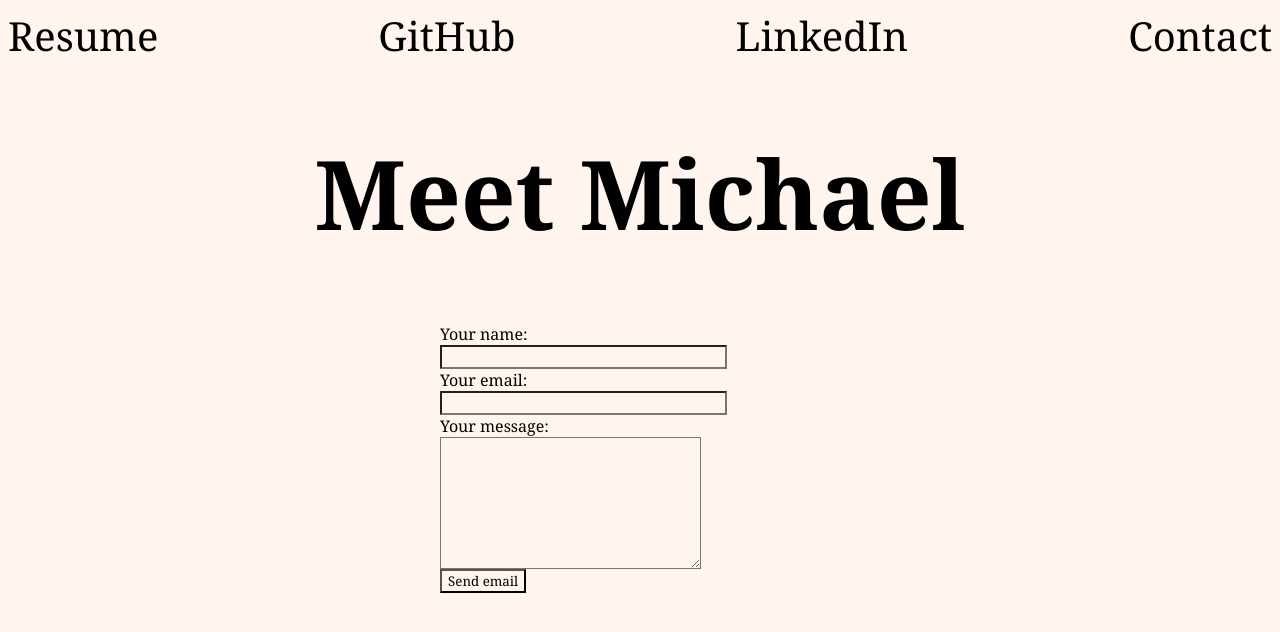
Repository: strandedonthird/strandedonthird.github.io
Page: HTML/contact.html
These files come from the project's save history. The page is drawn as it stood at one moment and after the next save; the edit follows.
The browser window is 1280 px wide. The pictures show the whole page.

Above is the page before, as saved 2022-05-09 19:32:17.

### HTML/contact.html
<html lang="en">
<head>
    <meta charset="UTF-8">
    <meta http-equiv="X-UA-Compatible" content="IE=edge">
    <meta name="viewport" content="width=device-width, initial-scale=1.0">
    <title>Welcome to Michael Barrett's Portfolio</title>
    <link rel="stylesheet" type="text/css" href="../CSS/index.css">
</head>
<header class="container">
        <nav class="container-item"><a href="../resume.html">Resume</a></nav>
        <nav class="container-item"><a href="https://www.github.com/strandedonthird/">GitHub</a></nav>
        <nav class="container-item"><a href="https://www.linkedin.com/in/michael-barrett/">LinkedIn</a></nav>
        <nav class="container-item"><a href="../">Contact</a></nav>
</header>
<h1><a href="./index.html">Meet Michael</a></h1>
<!-- Following Link Found at https://www.123formbuilder.com/html-contact-form/ -->
<div id="after_submit"></div>
<form id="contact_form" action="#" method="POST" enctype="multipart/form-data">
  <div class="row">
    <label class="required" for="name">Your name:</label><br />
    <input id="name" class="input" name="name" type="text" value="" size="30" /><br />
    <span id="name_validation" class="error_message"></span>
  </div>
  <div class="row">
    <label class="required" for="email">Your email:</label><br />
    <input id="email" class="input" name="email" type="text" value="" size="30" /><br />
    <span id="email_validation" class="error_message"></span>
  </div>
  <div class="row">
    <label class="required" for="message">Your message:</label><br />
    <textarea id="message" class="input" name="message" rows="7" cols="30"></textarea><br />
    <span id="message_validation" class="error_message"></span>
  </div>

    <input id="submit_button" type="submit" value="Send email" />
</form>
</html>

### CSS/index.css
* {
    background-color:seashell;
    font-family: Cambria, Cochin, Georgia, Times, 'Times New Roman', serif;
    font-style: normal;
}

headernav {
  text-align: center;
}

.container {
  display: flex;
  text-align: center;
  font-size: 2.5em;
  justify-content: space-between;
}

a {
  color: black;
  text-decoration: none;
  text-align: center;
}

.container-item {
  background: seashell;
  text-align: center;
  display: inline;
  text-decoration: none;
}

h1 {
  font-size: 6em;
  text-align: center;
  font-family: Cambria, Cochin, Georgia, Times, 'Times New Roman', serif;
}

p {
  font-size: 1.25em;
}

.my-photo {
  width: auto;
  height: 300px;
  border-style: ridge;
  border-radius: 50px;
  object-position: center;
  margin: 25px;
  }

img {
  width: 600px;
  height: 800px;
}

.center {
  display: block;
  margin-left: auto;
  margin-right: auto;
}

#contact_form {
  display: block;
  float: right;
  width: 50%;
  margin-right: 200px;
}

h2 {
  margin-left: 15%;
  font-size: 3em;
}

h2+a {
  margin-left: 15%;
  font-weight: bold;
  font-size: 2em;
  text-decoration: underline;
}

After the next save:
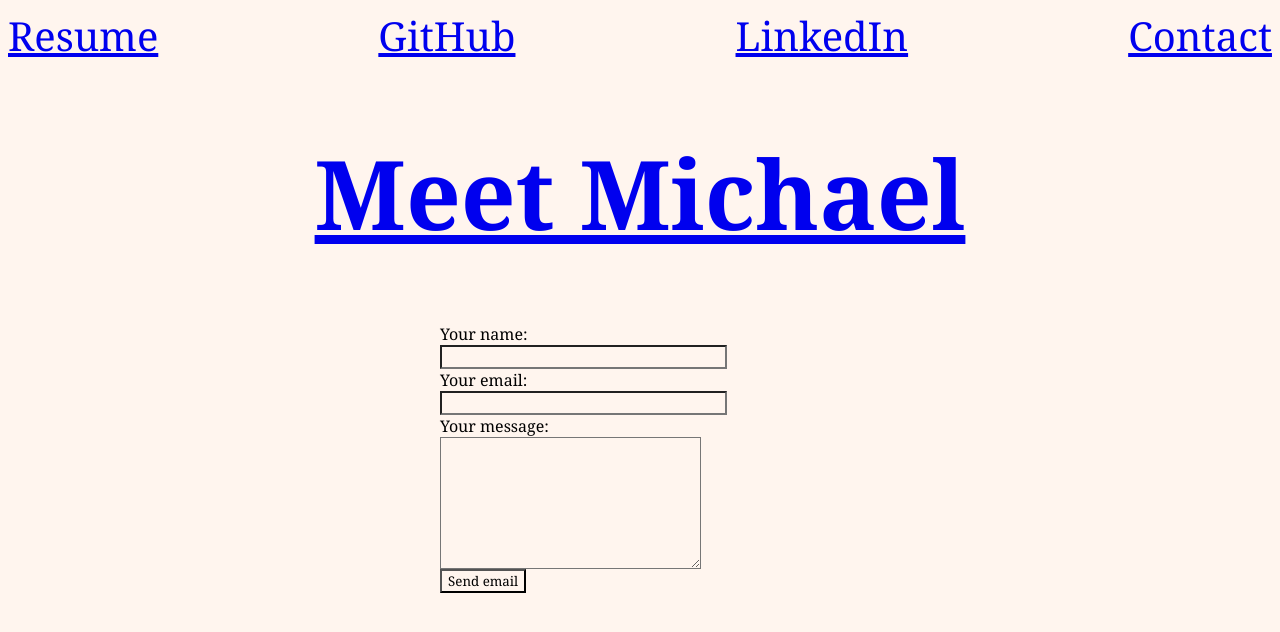
Saved 6 min 6 s later.
--- a/CSS/index.css
+++ b/CSS/index.css
@@ -13,12 +13,6 @@
   text-align: center;
   font-size: 2.5em;
   justify-content: space-between;
-}
-
-a {
-  color: black;
-  text-decoration: none;
-  text-align: center;
 }
 
 .container-item {

After the save that followed:
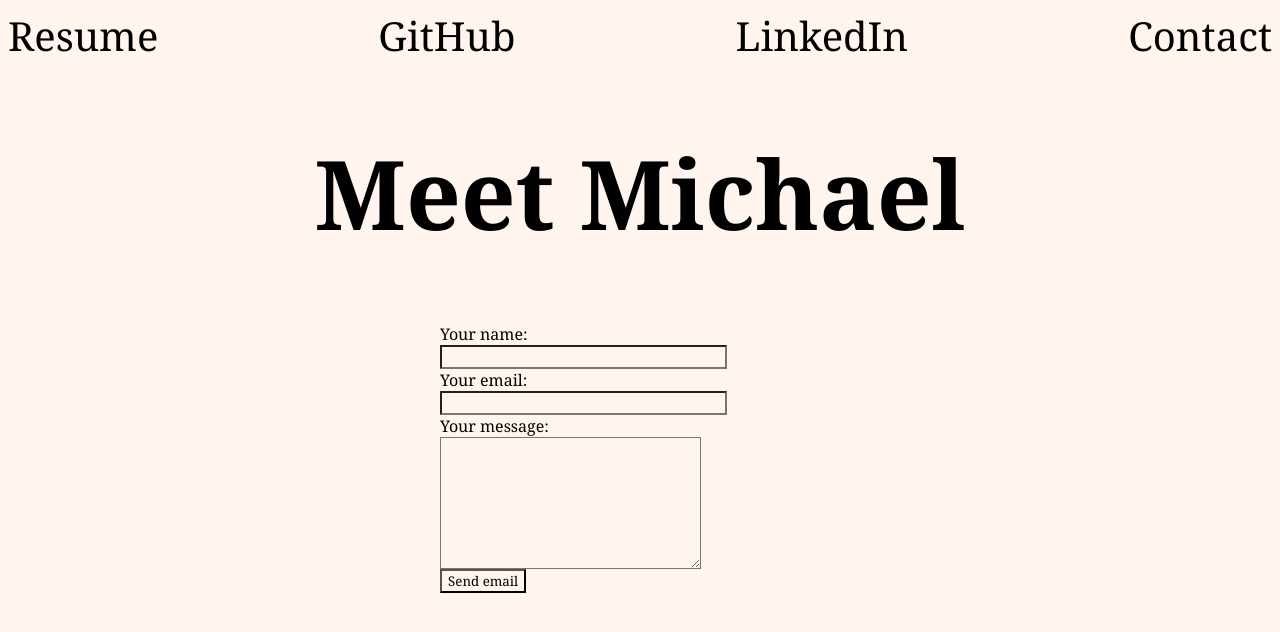
Saved 14 s later.
--- a/CSS/index.css
+++ b/CSS/index.css
@@ -13,6 +13,12 @@
   text-align: center;
   font-size: 2.5em;
   justify-content: space-between;
+}
+
+a {
+  color: black;
+  text-decoration: none;
+  text-align: center;
 }
 
 .container-item {
